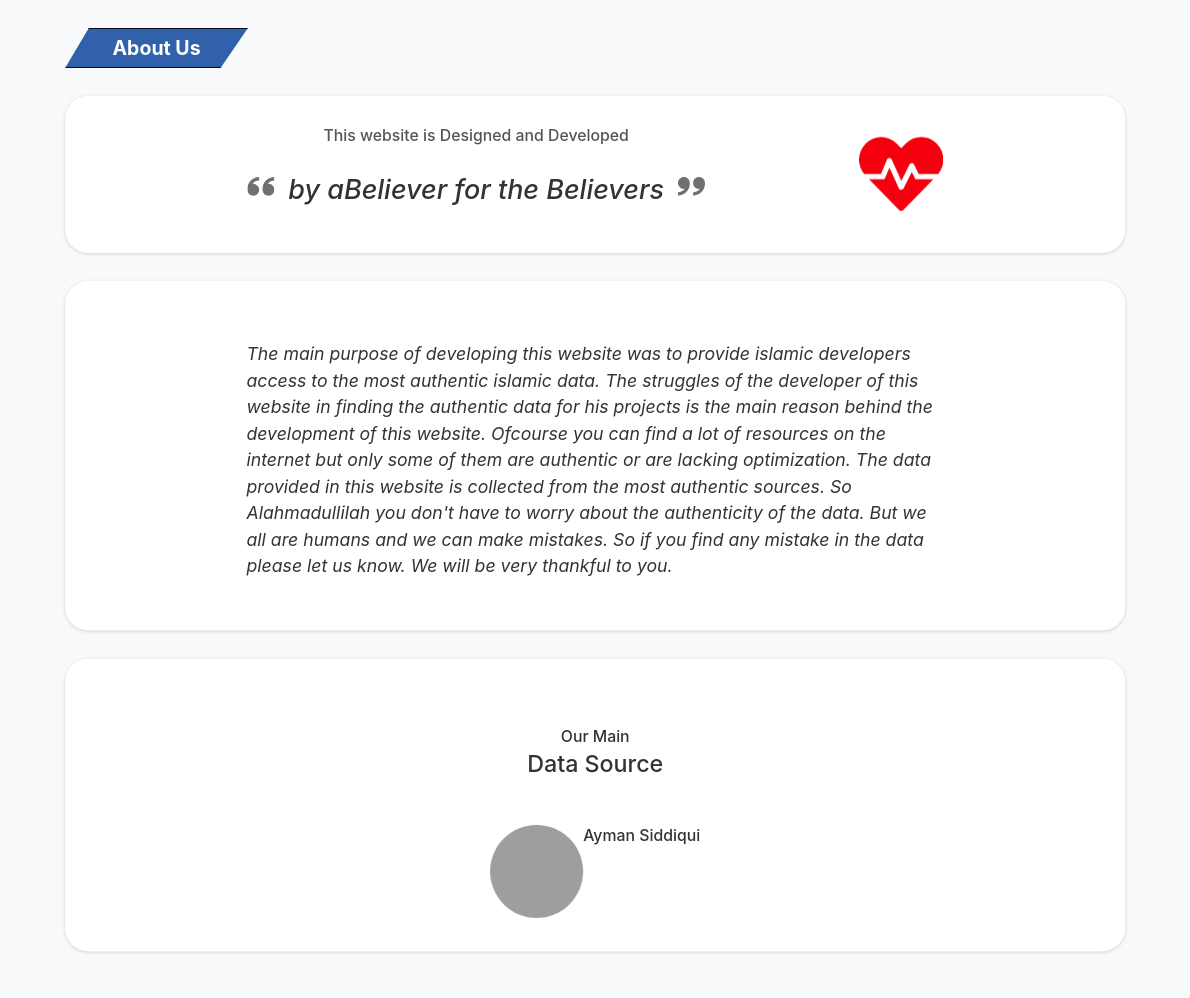
Repository: SpicierEwe/islamic-dev-repo
Page: /legal/about_us
An editor plug-in stored every save of this project. The page is shown before and after the next save, followed by the edit.
The browser window is 1280 px wide. The pictures show the whole page, at 93% of full size.
Pictures or frames that could not be fetched are drawn as grey boxes. The project was rebuilt for these pictures with package versions that can differ from the ones it lists, and the page was loaded fresh each time. The framework's server and built-in components were replaced by stand-ins that run in the browser. Also part of the build but not shown: next.config.js.

Above is the page before, as saved 2022-09-16 18:31:25.

After the next save:
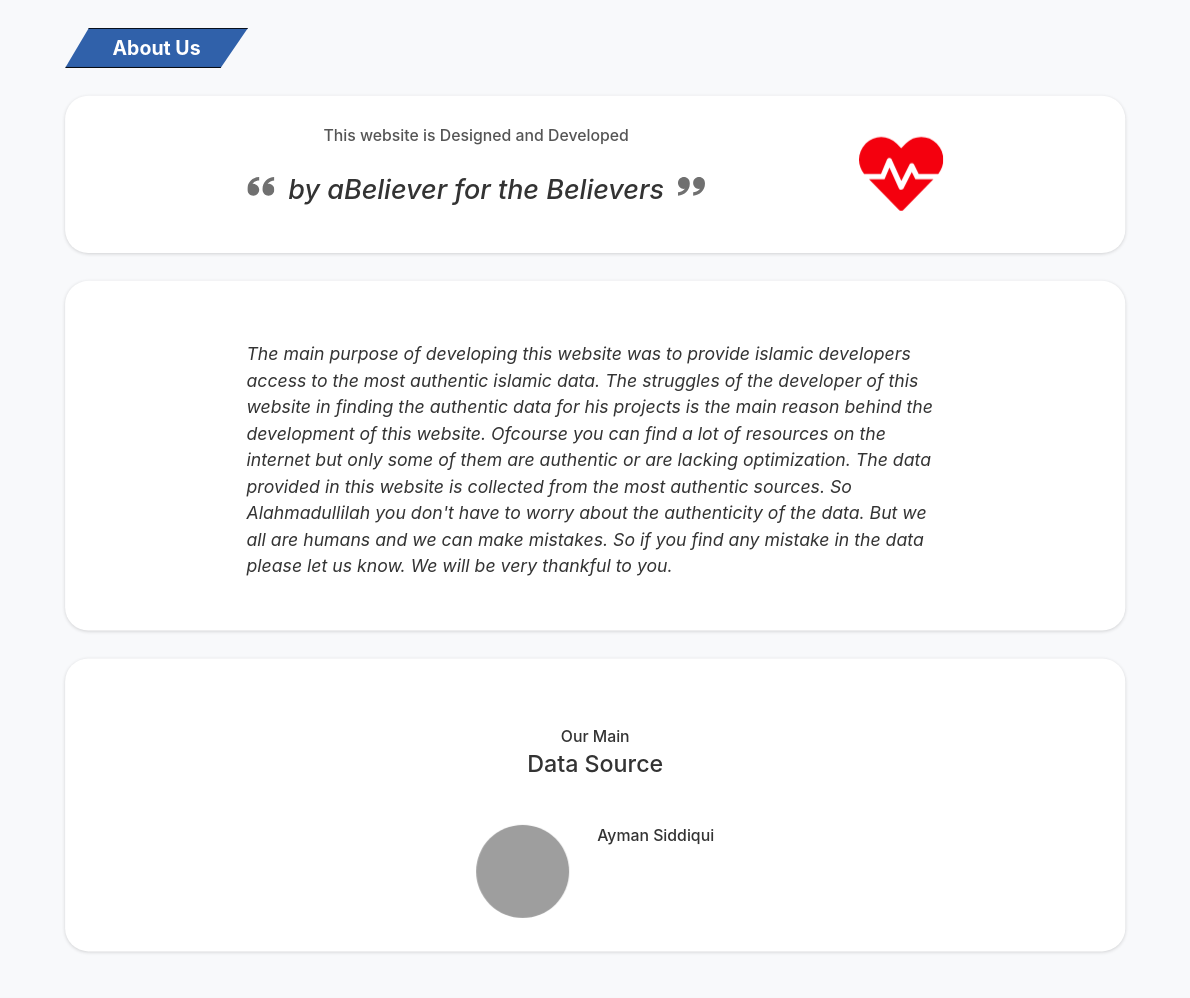
Saved 9 s later.
--- a/components/legal/about_us/about_us.module.css
+++ b/components/legal/about_us/about_us.module.css
@@ -109,7 +109,7 @@
   display: flex;
   justify-content: center;
   margin-top: 3rem;
-  row-gap: 3rem;
+  column-gap: 3rem;
 }
 
 .resourcer_image {
